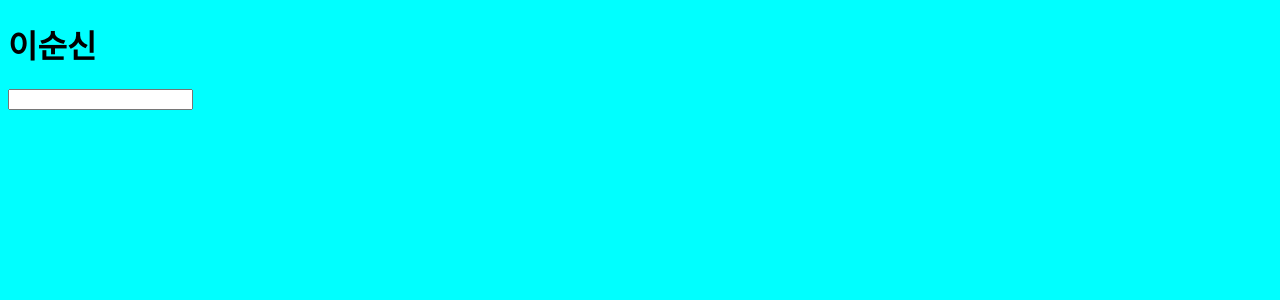
Repository: htsgts/JavaFramework
Page: workspace/Chapter01/src/main/resources/static/first.html
An editor plug-in stored every save of this project. The page is shown before and after the next save, followed by the edit.
The browser window is 1280 px wide. The pictures show the whole page.

Above is the page before, as saved 2024-03-04 05:33:26.

After the next save:
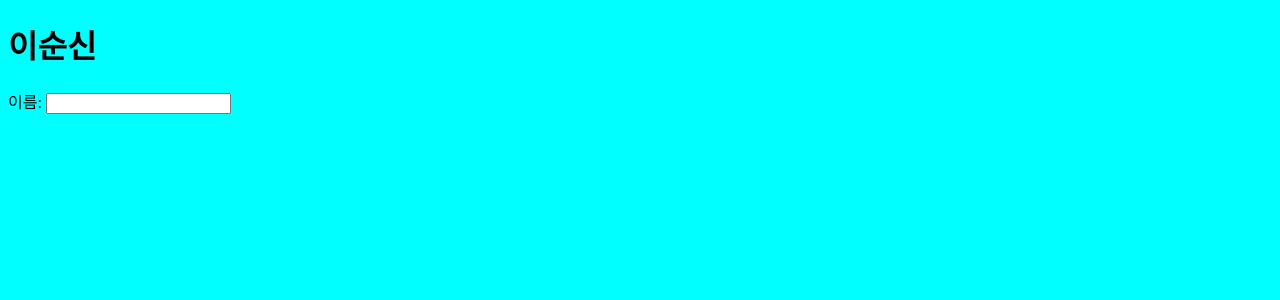
Saved 11 s later.
--- a/workspace/Chapter01/src/main/resources/static/first.html
+++ b/workspace/Chapter01/src/main/resources/static/first.html
@@ -9,7 +9,7 @@
 	<body>
 		<h1>이순신</h1>
 		<form action="response.html" method="post">
-			<input type="text" name="name"/>
+			이름: <input type="text" name="name"/>
 		</form>
 	</body>
 </html>
